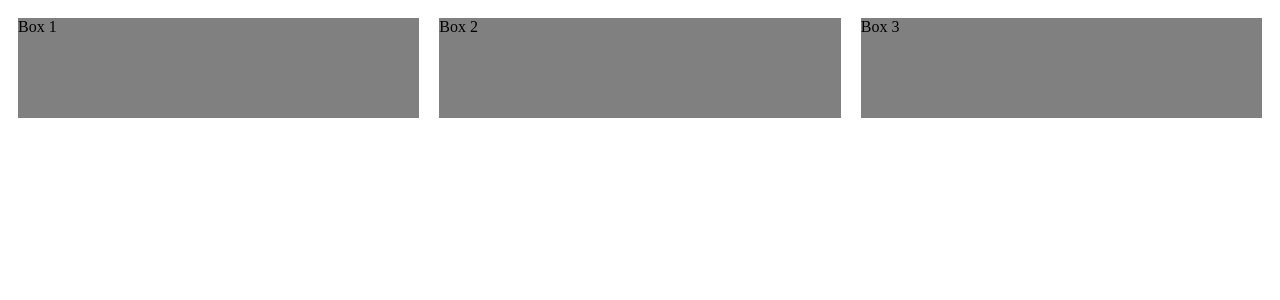
Repository: ervinne13/gg-basic-web-frontend-development
Page: modules/css/long-samples/grid-system-1.html
The author's editor kept a copy of each file at every save. The page is drawn from the files as they stood at one save, then again after the next save.
The browser window is 1280 px wide. The pictures show the whole page.

Above is the page before, as saved 2019-07-04 18:07:22.

After the next save:
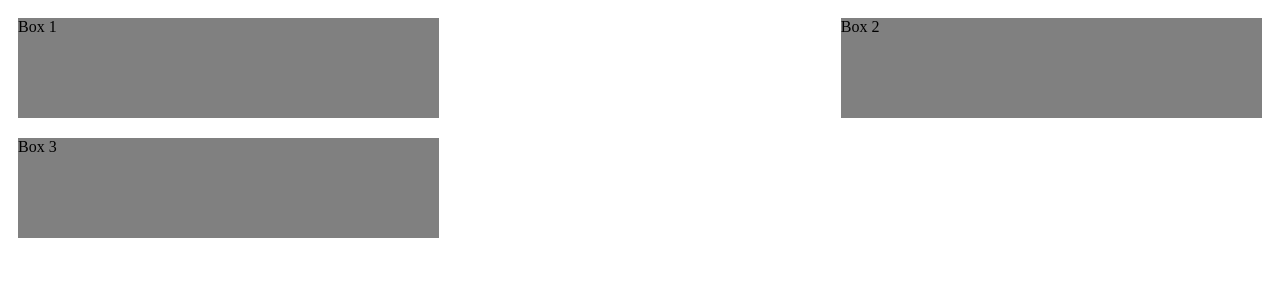
Saved 6 s later.
--- a/modules/css/long-samples/grid-system-1.html
+++ b/modules/css/long-samples/grid-system-1.html
@@ -16,7 +16,7 @@
                 flex-basis: 33.33%;
                 width: 259px;
                 padding: 10px;
-                box-sizing: border-box;
+                /* box-sizing: border-box; */
             }
 
             .box {

After the 2 saves that followed:
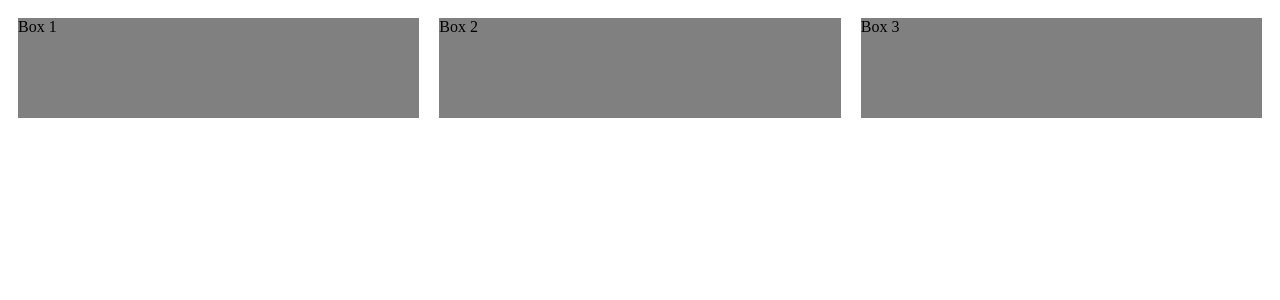
The 2 saves are shown as one change because they came seconds apart.
The last was saved 29 s later.
--- a/modules/css/long-samples/grid-system-1.html
+++ b/modules/css/long-samples/grid-system-1.html
@@ -8,7 +8,7 @@
 
             .grid-container .row {
                 display: flex;
-                flex-flow: row wrap;
+                /* flex-flow: row wrap; */
                 justify-content: space-between;
             }
 
@@ -16,7 +16,7 @@
                 flex-basis: 33.33%;
                 width: 259px;
                 padding: 10px;
-                /* box-sizing: border-box; */
+                box-sizing: border-box;
             }
 
             .box {
